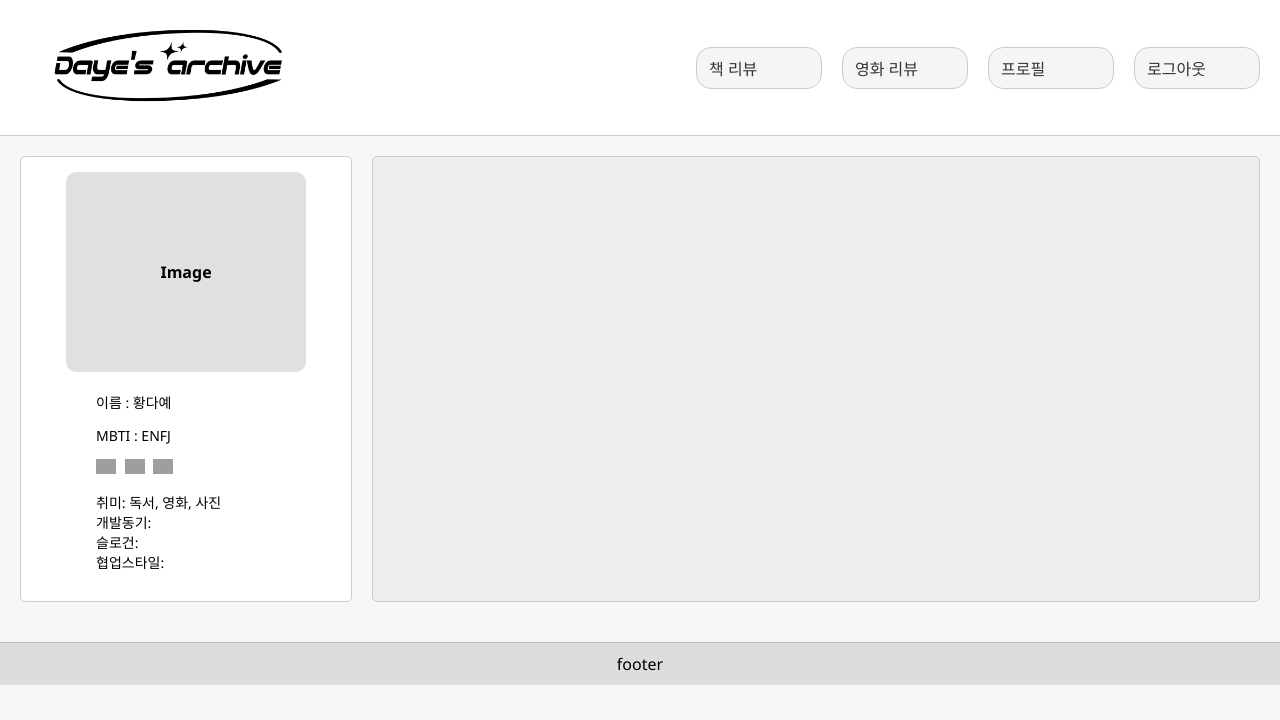
Repository: HWANG-DAYE/spring_project
Page: http://localhost/daye_archive/WEB-INF/views/main.jsp
The author's editor kept a copy of each file at every save. The page is drawn from the files as they stood at one save, then again after the next save.
The browser window is 1280 px wide. The pictures show the whole page.
Pictures or frames that could not be fetched are drawn as grey boxes. The page is served by Tomcat 9. Nobody is signed in. The template is opened directly, without the code that normally fills it, so the values that code supplies are empty.

Above is the page before, as saved 2025-08-06 06:06:44.

After the next save:
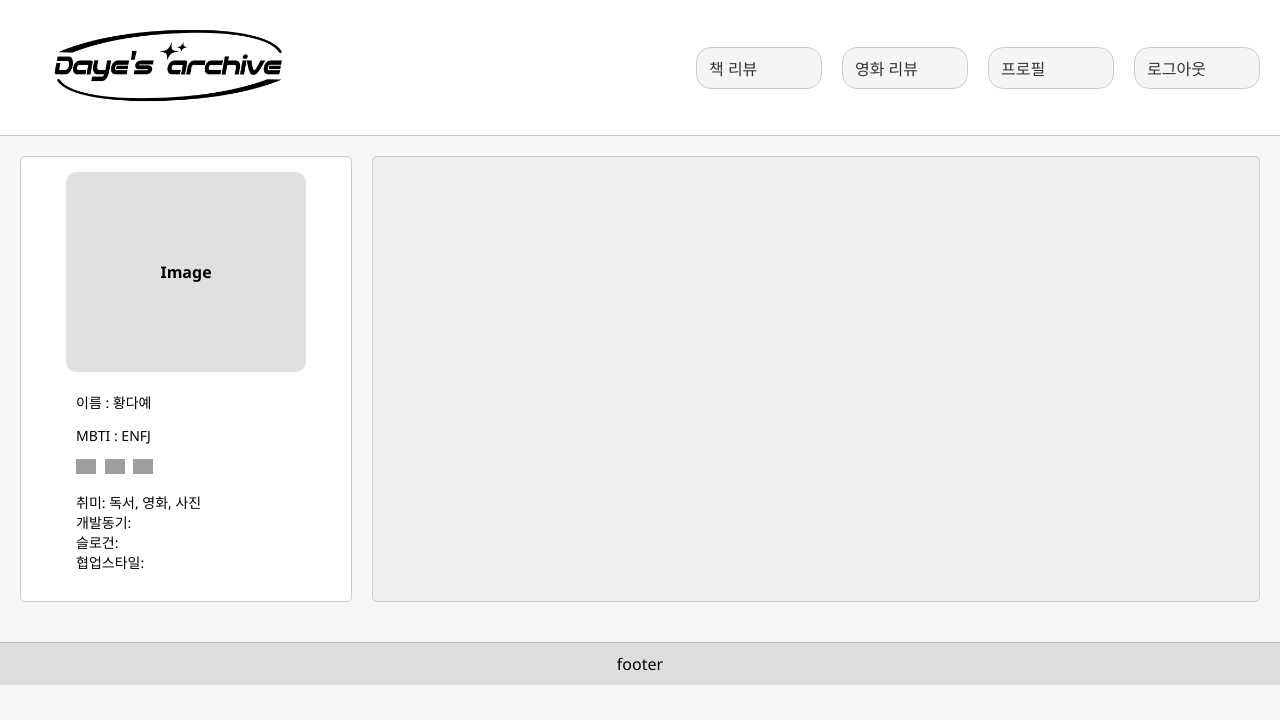
Saved 16 s later.
--- a/daye_archive/src/main/webapp/WEB-INF/views/main.jsp
+++ b/daye_archive/src/main/webapp/WEB-INF/views/main.jsp
@@ -55,7 +55,7 @@ header {
 	text-align: left;
 	font-size: 14px;
 	margin-top: 20px;
-	margin-left: 60px;
+	margin-left: 40px;
 }
 
 .profile .sns {
